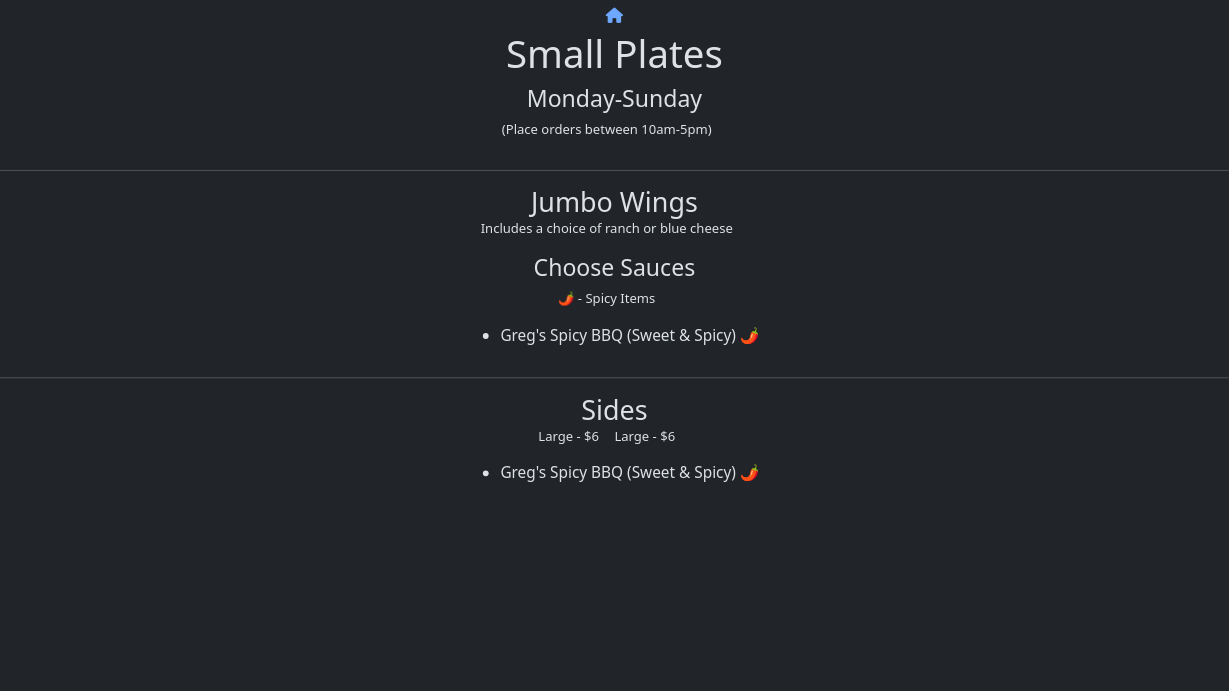
Repository: dukedward/smokehousemenu
Page: plates/index.html
The author's editor kept a copy of each file at every save. The page is drawn from the files as they stood at one save, then again after the next save.
The browser window is 1280 px wide. The pictures show the whole page, at 96% of full size.
Some web libraries are served in a nearby version.

Above is the page before, as saved 2023-03-06 12:53:58.

### plates/index.html
<!DOCTYPE html>
<html lang="en" data-bs-theme="dark">
<head>
    <meta charset="UTF-8">
    <meta http-equiv="X-UA-Compatible" content="IE=edge">
    <meta name="viewport" content="width=device-width, initial-scale=1.0">
    <link rel="stylesheet" href="https://cdnjs.cloudflare.com/ajax/libs/font-awesome/6.3.0/css/all.min.css" integrity="sha512-SzlrxWUlpfuzQ+pcUCosxcglQRNAq/DZjVsC0lE40xsADsfeQoEypE+enwcOiGjk/bSuGGKHEyjSoQ1zVisanQ==" crossorigin="anonymous" referrerpolicy="no-referrer" />
    <link href="https://cdn.jsdelivr.net/npm/bootstrap@5.3.0-alpha1/dist/css/bootstrap.min.css" rel="stylesheet" integrity="sha384-GLhlTQ8iRABdZLl6O3oVMWSktQOp6b7In1Zl3/Jr59b6EGGoI1aFkw7cmDA6j6gD" crossorigin="anonymous">
    <link rel="stylesheet" href="../style.css" />
    <link rel="shortcut icon" href="../images/favicon.ico" type="image/x-icon">
    <title>Small Plates</title>
</head>
<body>
    <div class="title">
        <a href="/">
            <i class="fa-solid fa-house mt-2 mb-2"></i>
        </a>
        <h1>Small Plates</h1>
        <h4>Monday-Sunday</h4>
        <p>(Place orders between 10am-5pm)</p>
    </div>
    <!-- <hr>
    <div class="sections">
        <div class="sect">
            <h3>Jumbo Wings</h3>
            <div class="desc">
                <p>Includes a choice of ranch or blue cheese</p>
            </div>
            <div class="sub-sect">
                <h4>Choose Amount:</h4>
                <ul>
                    <li>5pc - $7.50</li>
                    <li>10pc - $13</li>
                    <li>20pc - $22</li>
                    <li>30pc - $31</li>
                </ul>
            </div>
            <div class="sub-sect">
                <h4>Choose Style:</h4>
                <ul>
                    <li>Traditional Fried</li>
                    <li>Smoke Fried</li>
                    <li>Signature Wild Wings</li>
                </ul>
            </div>
            <div class="sub-sect">
                <h4>Choose Sauces:</h4>
                <div class="desc">
                    <p>🌶️ - Spicy items</p>
                </div>
                <ul>
                    <li>Greg's Sweet BBQ</li>
                    <li>Sweet Teriyaki</li>
                    <li>Garlic Parmesan</li>
                    <li>Honey Mustard</li>
                    <li>Lemon Pepper</li>
                    <li>Carolina Gold 🌶️</li>
                    <li>Buffalo Sauce 🌶️</li>
                    <li>Hot Garlic 🌶️</li>
                    <li>Hot Honey Garlic 🌶️</li>
                    <li>Greg's Spicy BBQ (Sweet & Spicy) 🌶️</li>
                    <li>Honey Sriracha 🌶️</li>
                    <li>Spicy Honey Mustard 🌶️</li>
                    <li>Sweet Thai Chili 🌶️</li>
                </ul>
            </div>
        </div>
        <hr>
        <div class="sect">
            <h3>Smoked Pork Ribs</h3>
            <ul>
                <li>(2) Bone - $7</li>
                <li>Half Rack - $17.50</li>
                <li>Full Rack - $33</li>
            </ul>
            <h3>Smoked Beef Ribs</h3>
            <ul>
                <li>(1) Bone - $15</li>
                <li>(2) Bones - $25</li>
            </ul>
        </div>
        <hr>
        <div class="sect">
            <h3>Regular Sides</h3>
            <div class="desc">
                <p>Small - $4</p>
                <p>Large - $6</p>
            </div>
            <ul>
                <li>Seasoned Fries</li>
                <li>Tater Tots</li>
            </ul>
            <h3>Specialty Sides</h3>
            <div class="desc">
                <p>Cup - $7</p>
                <p>Pint - $12</p>
                <p>Quart - $21</p>
            </div>
            <ul>
                <li>White chedder Mac-n-Cheese</li>
                <li>Mommas Baked Beans (made w/ beef)</li>
                <li>Southern Green Beans (made w/ Turkey)</li>
            </ul>
            <h3>Garlic Toast</h3>
            <ul>
                <li>Small Basket (3) - $4</li>
                <li>Large Basket (6) - $6</li>
            </ul>
        </div>
        <hr>
        <div class="sect">
            <h3>Plates</h3>
            <div class="desc">
                <p>Includes 1 side & garlic toast</p>
                <p>$3 extra for specialty sides</p>
            </div>
            <ul>
                <li>Fried Shrimp Plate - $16</li>
                <li>Fried Catfish Plate - $16</li>
                <li>Small Wing Plate (5) - $10</li>
                <li>Large Wing Plate (10) - $16</li>
                <li>Chicken Finger Plate (4) - $12</li>
                <li>BBQ Chicken Plate (Leg & Thigh) - $11</li>
                <li>Fried Chicken Plate (Leg & Thigh) - $12</li>
                <li>Pulled Pork (1/2 lb) - $13</li>
                <li>Pork Rib Plate (4) - $15</li>
                <li>Beef Short Rib Plate (1/2 lb) - $20</li>
                <li>Smoked Sausage (1 lb Sliced) - $12</li>
            </ul>
        </div>
        <hr>
        <div class="sect">
            <h3>Sandwiches</h3>
            <div class="desc">
                <p>Includes one side</p>
            </div>
            <ul>
                <li>Chicken Sandwich - $13</li>
                <li>Short Rib Sandwich - $18</li>
                <li>Sausage & Peppers Pork - $15</li>
                <li>Cheese Burger - $11</li>
            </ul>
            <h3>Sliders</h3>
            <div class="desc">
                <p>Includes one side and sauce of choice</p>
            </div>
            <ul>
                <li>Chicken Sliders - $12</li>
                <li>Pulled Pork Sliders - $14</li>
                <li>Beef Short Rib Sliders - $16</li>
                <li>Mix-n-Match Sliders - $15</li>
            </ul>
        </div>
        <hr>
        <div class="sect">
            <h3>Add Ons</h3>
            <ul>
                <li>Side Shrimp (1/4 lb) - $7</li>
                <li>Catfish (1) - $7</li>
                <li>Chicken Finger (1) - $3</li>
                <li>Pork Sausage (1) - $7</li>
            </ul>
        </div>
    </div> -->
    <div class="bottom"></div>
    <script src="https://cdn.jsdelivr.net/npm/bootstrap@5.3.0-alpha1/dist/js/bootstrap.bundle.min.js" integrity="sha384-w76AqPfDkMBDXo30jS1Sgez6pr3x5MlQ1ZAGC+nuZB+EYdgRZgiwxhTBTkF7CXvN" crossorigin="anonymous"></script>
    <script src="../script.js"></script>
</body>
</html>

### style.css
.container {
    height: 100vh;
}

.title {
	display: flex;
	flex-direction: column;
	justify-content: center;
	align-items: center;
}

.sections {
	display: grid;
}

.sect, .sub-sect {
	display: flex;
	flex-direction: column;
	justify-content: left;
	align-items: center;
}

.sect h2,h3 {
    margin-bottom: 0;
}

.desc {
    display: flex;
    flex-direction: row;
    justify-content: space-between;
}

.desc p,.title p {
    padding-right: 1rem;
    font-size: .85rem;
}

### script.js
// Collecting DOM Elements
const bottom = document.querySelector('.bottom');
const sections = document.querySelector('.sections');

// API Data
const categories = [
    {
        name: 'Jumbo Wings',
        hasSubSection: true,
        description: [
            {
                text: 'Includes a choice of ranch or blue cheese',
            },
        ],
    },{
        name: 'Sides',
        hasSubSection: false,
        description: [
            {
                text: 'Small - $4'
            },
            {
                text: 'Large - $6'
            }
        ],
    },
];
const products = [
    {
        name: 'Greg\'s Spicy BBQ (Sweet & Spicy) 🌶️',
        image: '',
        price: 0,
        category: {
            _id: '640533ab345c72c36a197c35',
            name: 'Jumbo Wings'
        },
    },
];
const subCategories = [
    {
        name: 'Choose Sauces',
        description: [
            {
                text: '🌶️ - Spicy Items',
            },
        ],
        category: {
            _id: '640533ab345c72c36a197c35',
            name: 'Jumbo Wings'
        },
    },
];

document.body.onload = addSection;

function addSection() {
    for(i=0; i < categories.length; i++) {
            // create a new div element
            const lineBreak = document.createElement("hr");
            const newDiv = document.createElement("div");
            newDiv.className = "sect";

            // and give it some content
            // Section Title
            const newSectTitle = document.createElement("h3");
            newSectTitle.innerHTML = categories[i].name;

            // Section Description
            const newDesc = document.createElement("div");
            newDesc.className = "desc";
            for(e=0; e < categories[i].description.length; e++ ) {
                const newDescText = document.createElement("p");
                newDescText.innerHTML = categories[i].description[i].text;
                newDesc.appendChild(newDescText);
            }

            if(categories[i].hasSubSection === true) {
                for (s=0; s < subCategories.length; s++) {
                    // Sub Section
                    const newSubSect = document.createElement("div");
                    newSubSect.className = "sub-sect";

                    // Sub Section Title
                    const newSubSectTitle = document.createElement("h4");
                    newSubSectTitle.innerHTML = subCategories[s].name;

                    // Sub Section Description
                    const newSubSectDesc = document.createElement('div');
                    newSubSectDesc.className = "desc";
                    for (d=0; d < subCategories[s].description.length; d++) {
                        const newSubSectDescText = document.createElement("p");
                        newSubSectDescText.innerHTML = subCategories[s].description[d].text;
                        newSubSectDesc.appendChild(newSubSectDescText);

                        // Sub Section List
                        const newSubSectList = document.createElement('ul');
                        for (p=0; p < products.length; p++) {
                            const newSubSectListItem = document.createElement('li');
                            newSubSectListItem.innerHTML = products[p].name
                            newSubSectList.appendChild(newSubSectListItem)

                        }
                        // Appending all elements to Sub Section
                        newSubSect.appendChild(newSubSectTitle)
                        newSubSect.appendChild(newSubSectDesc)
                        newSubSect.appendChild(newSubSectList)

                        // Appending all elements to Parent Div
                        newDiv.appendChild(newSectTitle);
                        newDiv.appendChild(newDesc);
                        newDiv.appendChild(newSubSect)
                    }
                }
            } else {
                //  Section List
                const newSectList = document.createElement('ul');
                for (p=0; p < products.length; p++) {
                    const newSectListItem = document.createElement('li');
                    newSectListItem.innerHTML = products[p].name
                    newSectList.appendChild(newSectListItem)
                }

                // Appending all elements to Parent Div
                newDiv.appendChild(newSectTitle);
                newDiv.appendChild(newDesc);
                newDiv.appendChild(newSectList)
            }

            // add the newly created element and its content into the DOM
            document.body.insertBefore(lineBreak, bottom)
            document.body.insertBefore(newDiv, bottom)
            }
}

After the next save:
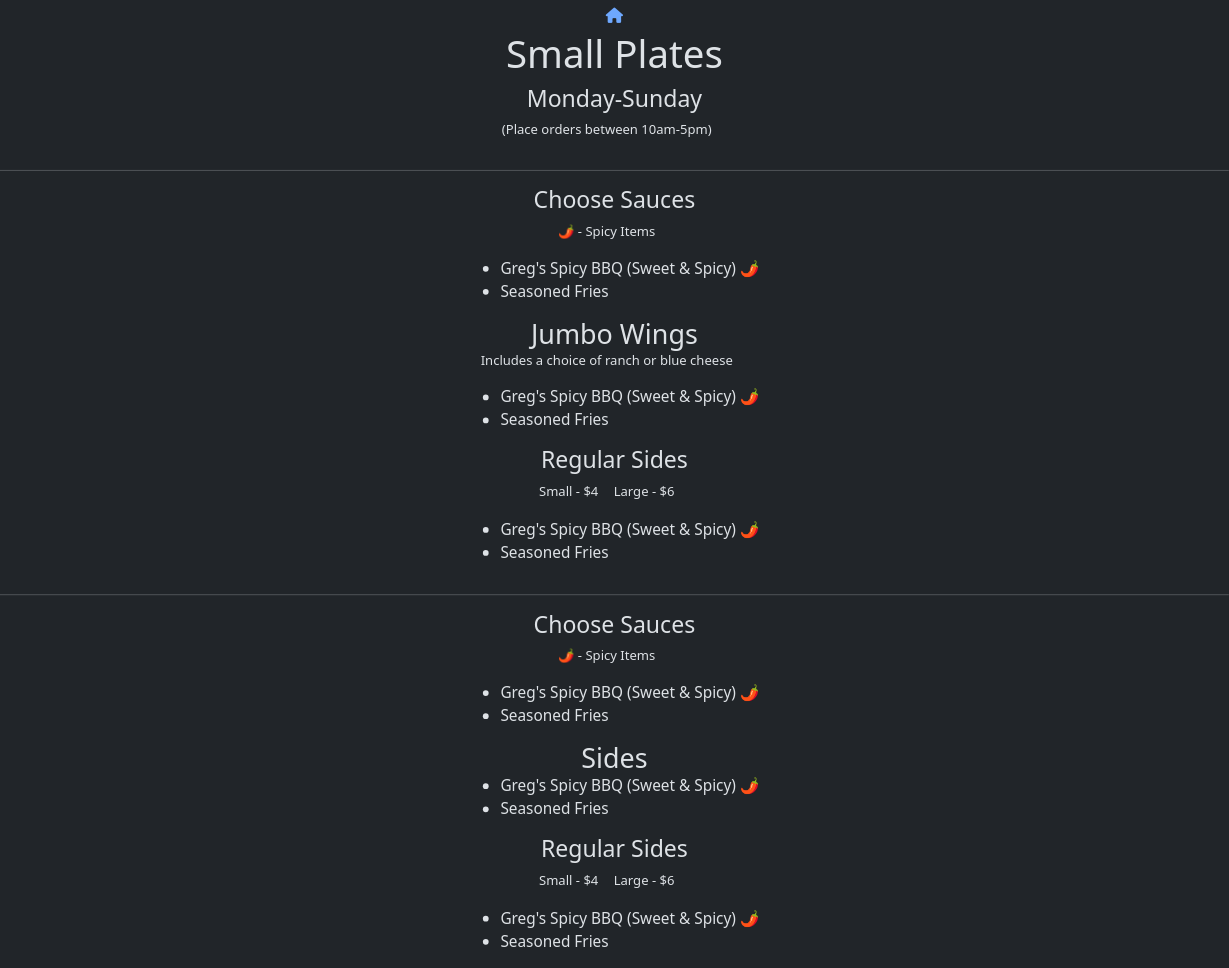
Saved 4 min 10 s later.
--- a/script.js
+++ b/script.js
@@ -14,15 +14,8 @@ const categories = [
         ],
     },{
         name: 'Sides',
-        hasSubSection: false,
-        description: [
-            {
-                text: 'Small - $4'
-            },
-            {
-                text: 'Large - $6'
-            }
-        ],
+        hasSubSection: true,
+        description: [],
     },
 ];
 const products = [
@@ -34,7 +27,15 @@ const products = [
             _id: '640533ab345c72c36a197c35',
             name: 'Jumbo Wings'
         },
-    },
+    }, {
+        name: 'Seasoned Fries',
+        image: '',
+        price: 0,
+        category: {
+            _id: '87689736897163987',
+            name: 'Sides'
+        }
+    }
 ];
 const subCategories = [
     {
@@ -48,7 +49,21 @@ const subCategories = [
             _id: '640533ab345c72c36a197c35',
             name: 'Jumbo Wings'
         },
-    },
+    }, {
+        name: 'Regular Sides',
+        description: [
+            {
+                text: 'Small - $4'
+            },
+            {
+                text: 'Large - $6'
+            }
+        ],
+        category: {
+            _id: '87689736897163987',
+            name: 'Sides'
+        }
+    }
 ];
 
 document.body.onload = addSection;
